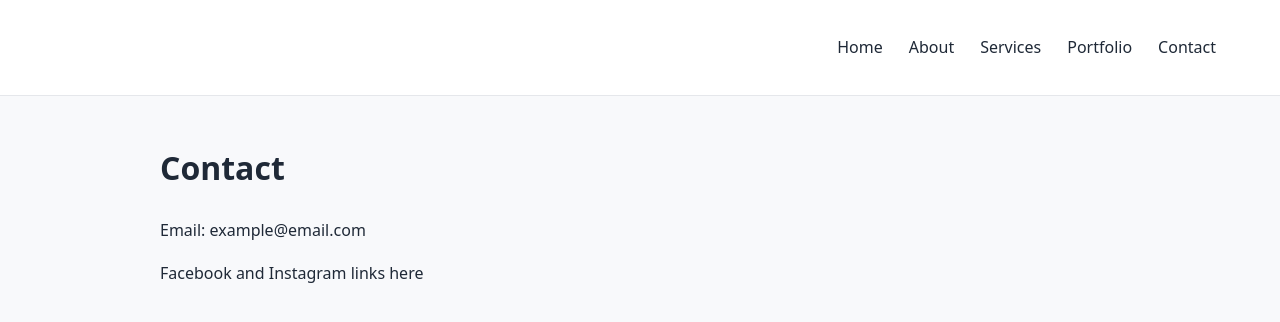
Repository: aljonvega18/Portfolio
Page: contact.html
The author's editor kept a copy of each file at every save. The page is drawn from the files as they stood at one save, then again after the next save.
The browser window is 1280 px wide. The pictures show the whole page.

Above is the page before, as saved 2026-02-02 16:50:46.

After the next save:
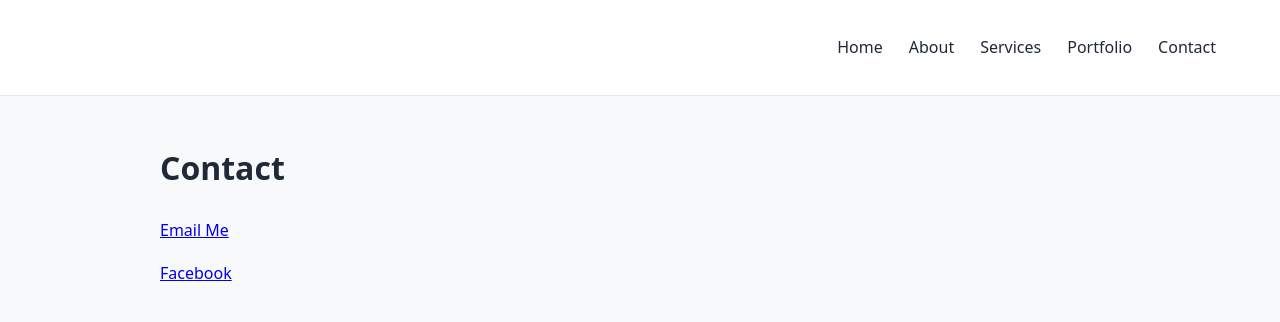
Saved 91 s later.
--- a/contact.html
+++ b/contact.html
@@ -23,8 +23,8 @@
 
 <main style="padding-top:120px; max-width:1000px; margin:auto; padding:120px 20px;">
     <h1>Contact</h1>
-    <p>Email: example@email.com</p>
-    <p>Facebook and Instagram links here</p>
+    <p><a href="mailto:aljonvega@example.com">Email Me</a></p>
+    <p><a href="mailto:aljonvega@example.com">Facebook</a></p>
 </main>
 </body>
 </html>
